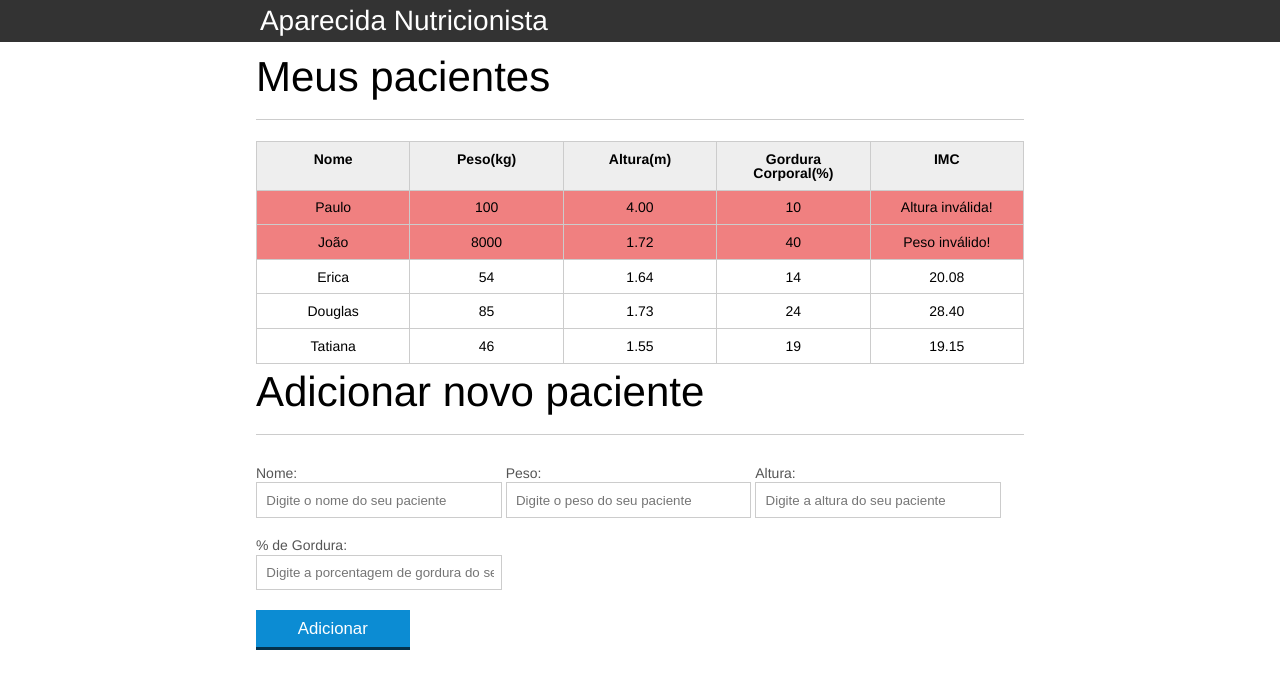
Repository: GabbLps/Controle-de-Clientes-Alura
Page: index.html
These files come from the project's save history. The page is drawn as it stood at one moment and after the next save; the edit follows.
The browser window is 1280 px wide. The pictures show the whole page.

Above is the page before, as saved 2022-05-10 17:31:36.

After the next save:
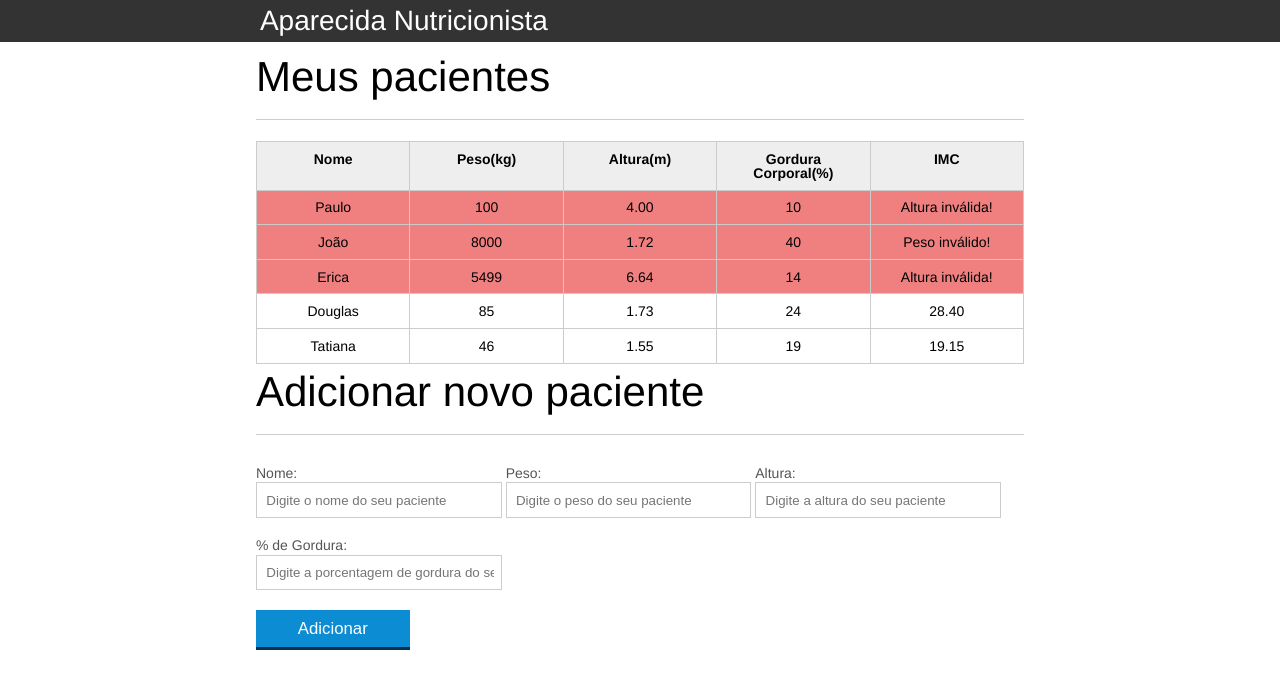
Saved 20 s later.
--- a/index.html
+++ b/index.html
@@ -47,8 +47,8 @@
 
 						<tr class="paciente" >
 							<td class="info-nome">Erica</td>
-							<td class="info-peso">54</td>
-							<td class="info-altura">1.64</td>
+							<td class="info-peso">5499</td>
+							<td class="info-altura">6.64</td>
 							<td class="info-gordura">14</td>
 							<td class="info-imc">0</td>
 						</tr>
